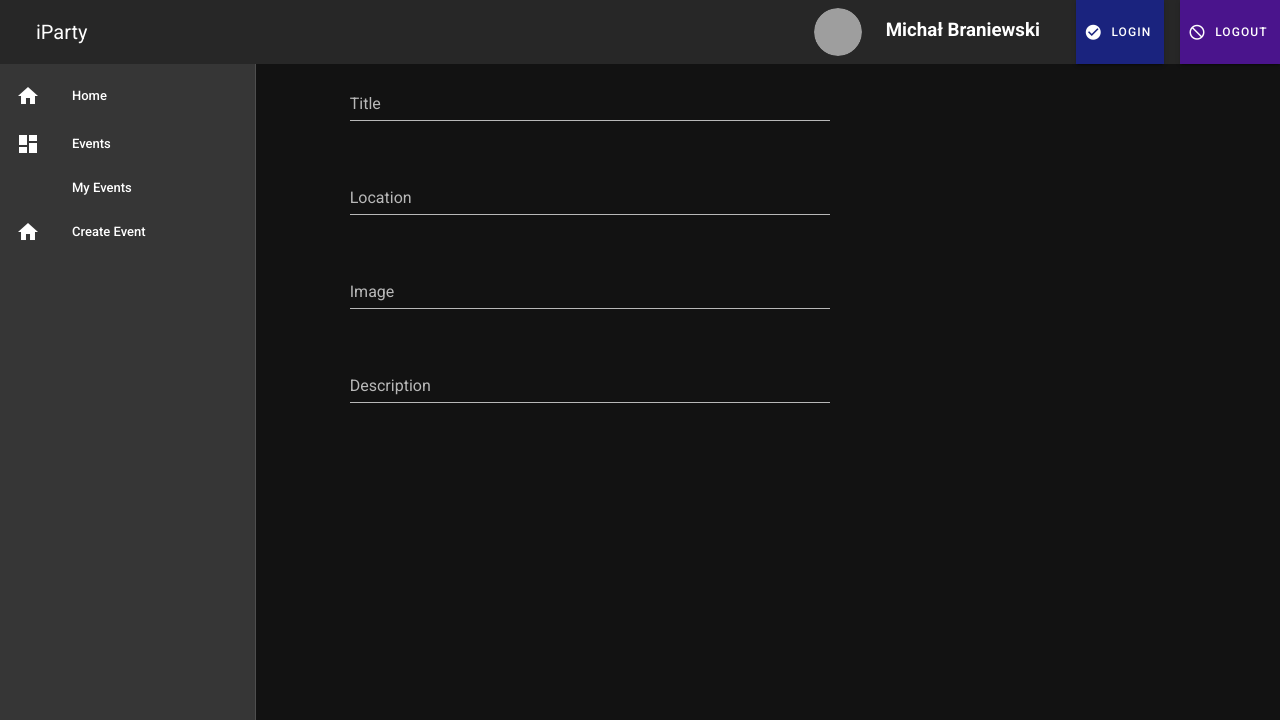
Repository: hexanek/partyapp
Page: /#/addevent
These files come from the project's save history. The page is drawn as it stood at one moment and after the next save; the edit follows.
The browser window is 1280 px wide. The pictures show the whole page.
Pictures or frames that could not be fetched are drawn as grey boxes. The project was rebuilt for these pictures with package versions that can differ from the ones it lists, and the page was loaded fresh each time. Also part of the build but not shown: vue.config.js, src/components/Popup.vue, src/components/Gmap.vue, src/components/Home.vue.

Above is the page before, as saved 2020-01-26 14:06:21.

### public/index.html
<!DOCTYPE html>
<html lang="en">
  <head>
    <meta charset="utf-8">
    <meta http-equiv="X-UA-Compatible" content="IE=edge">
    <meta name="viewport" content="width=device-width,initial-scale=1.0">
    <link rel="icon" href="<%= BASE_URL %>favicon.ico">
    <title>party-app</title>
    <link rel="stylesheet" href="https://fonts.googleapis.com/css?family=Roboto:100,300,400,500,700,900">
    <link rel="stylesheet" href="https://cdn.jsdelivr.net/npm/@mdi/font@latest/css/materialdesignicons.min.css">
  </head>
  <body>
    <noscript>
      <strong>We're sorry but party-app doesn't work properly without JavaScript enabled. Please enable it to continue.</strong>
    </noscript>
    <div id="app"></div>
    <!-- built files will be auto injected -->
  </body>
</html>

### src/main.js
import Vue from 'vue'
import App from './App.vue'
import vuetify from './plugins/vuetify';
import store from './store'
import router from './router'

Vue.config.productionTip = false

new Vue({
  vuetify,
  store,
  router,
  render: h => h(App)
}).$mount('#app')

### src/App.vue
<template>
  <v-app>
    <navbar>
    </navbar>
    <Footer>
    </Footer>
    <router-view></router-view>
  </v-app>
</template>

<script>
import Navbar from "./components/Navbar";
import Footer from "./components/Footer";


export default {
  name: "App",

  components: {
    Navbar,
    Footer,
  },

  data: () => ({
    //
  }),
  methods: {}
};
</script>

### src/plugins/vuetify.js
import Vue from "vue";
import Vuetify from "vuetify/lib";
import VueRouter from "vue-router";
import * as VueGoogleMaps from "vue2-google-maps";

Vue.use(Vuetify);
Vue.use(VueRouter);
Vue.use(VueGoogleMaps, {
  load: {
    key: "AIzaSyB6QzBesMB_MjqmuZF1p7hpCl8gg4kMEy8",
    libraries: "places"
  }
});

export default new Vuetify({
  theme: {
    dark: true
  }
});

### src/router/index.js
import Vue from "vue";
import VueRouter from "vue-router";
import EventForm from "../components/Event/EventForm.vue";
import Home from "../components/Home.vue";

Vue.use(VueRouter);

const routes = [
  {
    path: "/",
    name: "home",
    component: Home
  },
  {
    path: "/addevent",
    name: "AddEvent",
    component: EventForm

    // route level code-splitting
    // this generates a separate chunk (about.[hash].js) for this route
    // which is lazy-loaded when the route is visited.
    //component: () => import(/* webpackChunkName: "about" */ '../views/About.vue')
  }
];

const router = new VueRouter({
  routes
});
export default router;

### src/components/Navbar.vue
<template>
    <div>
        <v-navigation-drawer
      v-model="drawer"
      app
      clipped
    >
      <v-list dense>
         <v-list-item link>
          <v-list-item-action>
            <v-icon>mdi-home</v-icon>
          </v-list-item-action>
          <v-list-item-content>
            <v-list-item-title>
              <router-link to="/" tag="span">Home</router-link></v-list-item-title>
          </v-list-item-content>
          </v-list-item>
        <v-list-item link>
          <v-list-item-action>
            <v-icon>mdi-view-dashboard</v-icon>
          </v-list-item-action>
          <v-list-item-content>
            <v-list-item-title>Events</v-list-item-title>
          </v-list-item-content>
        </v-list-item>
        <v-list-item link>
          <v-list-item-action>
            <v-icon>mdi-settings</v-icon>
          </v-list-item-action>
          <v-list-item-content>
            <v-list-item-title>My Events</v-list-item-title>
          </v-list-item-content>
        </v-list-item>
         <v-list-item link>
          <v-list-item-action>
            <v-icon>mdi-home</v-icon>
          </v-list-item-action>
          <v-list-item-content>
            <v-list-item-title>
              <router-link to="/addevent" tag="span"> Create Event</router-link>
              </v-list-item-title>
          </v-list-item-content>
        </v-list-item>
      </v-list>
    </v-navigation-drawer>
     <v-app-bar
      flat
      app
      clipped-left
    >
      <v-app-bar-nav-icon class="hidden-sm-and-up" @click.stop="drawer = !drawer" />
      <v-toolbar-title>
        <router-link to="/" tag="span" style="cursor: pointer">iParty</router-link>
        </v-toolbar-title>
      <v-spacer></v-spacer>
      <v-toolbar-items>

        <v-avatar class="ma-2">
      <img
        src="https://cdn.vuetifyjs.com/images/john.jpg"
        alt="John"
      >
    </v-avatar>
        <h3 class="ma-4">Michał Braniewski</h3>
        <v-btn small rounded class="indigo darken-4 mx-5">
          <v-icon dark left>mdi-checkbox-marked-circle</v-icon>
          Login


          </v-btn>
           <v-btn small rounded class="purple darken-4 mx-5 ml-n1 mr-n4">
          <v-icon dark left>mdi-cancel</v-icon>
          Logout


          </v-btn>
      </v-toolbar-items>


    </v-app-bar>
    </div>
</template>

<script>
export default {
  name: "Navbar",
  data: () => ({
    drawer: null
  })
};
</script>

<style lang="scss" scoped>
</style>

### src/components/Footer.vue
<template>
    <div>
        <!-- <v-footer app>
            <span>&copy; 2020</span>
        </v-footer> -->
    </div>
</template>

<script>
    export default {
        name: 'Footer',

        data: () => ({

        })
    }
</script>

<style lang="scss" scoped>

</style>

### src/components/Event/EventForm.vue
<template>
    <div>
        <v-container>
            <v-layout row>
                <v-flex xs-12 offset-sm3 col-5 pt-6>
                    <h2 class="text-center">Add own Event</h2>
                </v-flex>
            </v-layout>
            <v-layout row>
                <v-flex xs-12>
                    <form>
                        <v-layout row>
                            <v-flex xs-12 offset-sm3 sm-6 col-5>
                                <v-text-field
                                name="title"
                                label="Title"
                                id="title"
                                required></v-text-field>
                            </v-flex>
                        </v-layout>
                         <v-layout row>
                            <v-flex xs-12 offset-sm3 sm-6 col-5>
                                <v-text-field
                                name="location"
                                label="Location"
                                id="location"
                                required></v-text-field>
                            </v-flex>
                        </v-layout>
                         <v-layout row>
                            <v-flex xs-12 offset-sm3 sm-6 col-5>
                                <v-text-field
                                name="imageUrl"
                                label="Image"
                                required
                                id="image"
                                ></v-text-field>
                            </v-flex>
                        </v-layout>
                         <v-layout row>
                            <v-flex xs-12 offset-sm3 sm-6 col-5>
                                <v-text-field
                                name="description"
                                label="Description"
                                multi-line
                                id="description"
                                required></v-text-field>
                            </v-flex>
                        </v-layout>
                    </form>
                </v-flex>
            </v-layout>
        </v-container>
    </div>
</template>

<script>
export default {
  name: "EventForm",
  data: () => ({
    return: {}
  })
};
</script>

<style lang="scss" scoped>

</style>

Loaded but not shown: src/store/index.js (common file)

After the next save:
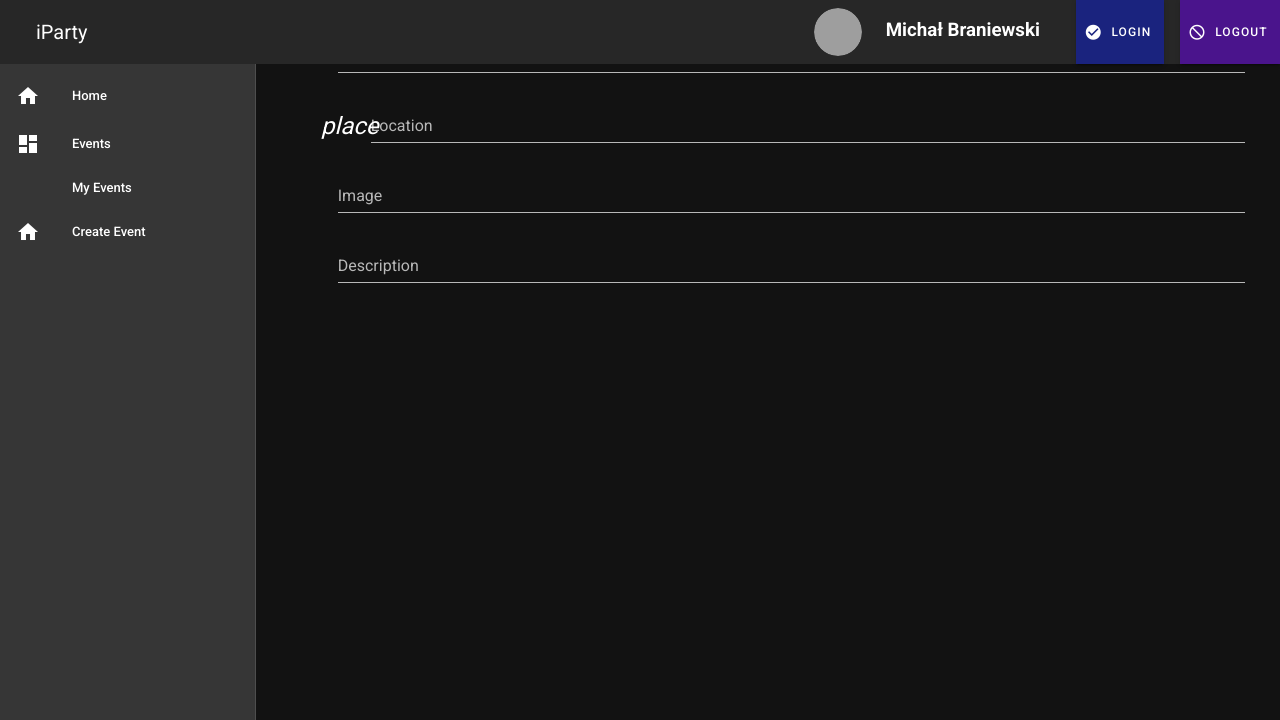
Saved 2 min 12 s later.
--- a/src/components/Event/EventForm.vue
+++ b/src/components/Event/EventForm.vue
@@ -2,15 +2,15 @@
     <div>
         <v-container>
             <v-layout row>
-                <v-flex xs-12 offset-sm3 col-5 pt-6>
-                    <h2 class="text-center">Add own Event</h2>
+                <v-flex xs-12 offset-sm3>
+                    <h2>Add own Event</h2>
                 </v-flex>
             </v-layout>
             <v-layout row>
                 <v-flex xs-12>
                     <form>
                         <v-layout row>
-                            <v-flex xs-12 offset-sm3 sm-6 col-5>
+                            <v-flex xs-12 offset-sm3 sm-6>
                                 <v-text-field
                                 name="title"
                                 label="Title"
@@ -19,16 +19,17 @@
                             </v-flex>
                         </v-layout>
                          <v-layout row>
-                            <v-flex xs-12 offset-sm3 sm-6 col-5>
+                            <v-flex xs-12 offset-sm3 sm-6>
                                 <v-text-field
                                 name="location"
                                 label="Location"
                                 id="location"
+                                prepend-icon="place"
                                 required></v-text-field>
                             </v-flex>
                         </v-layout>
                          <v-layout row>
-                            <v-flex xs-12 offset-sm3 sm-6 col-5>
+                            <v-flex xs-12 offset-sm3 sm-3 lg-6>
                                 <v-text-field
                                 name="imageUrl"
                                 label="Image"
@@ -38,11 +39,10 @@
                             </v-flex>
                         </v-layout>
                          <v-layout row>
-                            <v-flex xs-12 offset-sm3 sm-6 col-5>
+                            <v-flex xs-12 offset-sm3 sm-6>
                                 <v-text-field
                                 name="description"
                                 label="Description"
-                                multi-line
                                 id="description"
                                 required></v-text-field>
                             </v-flex>
